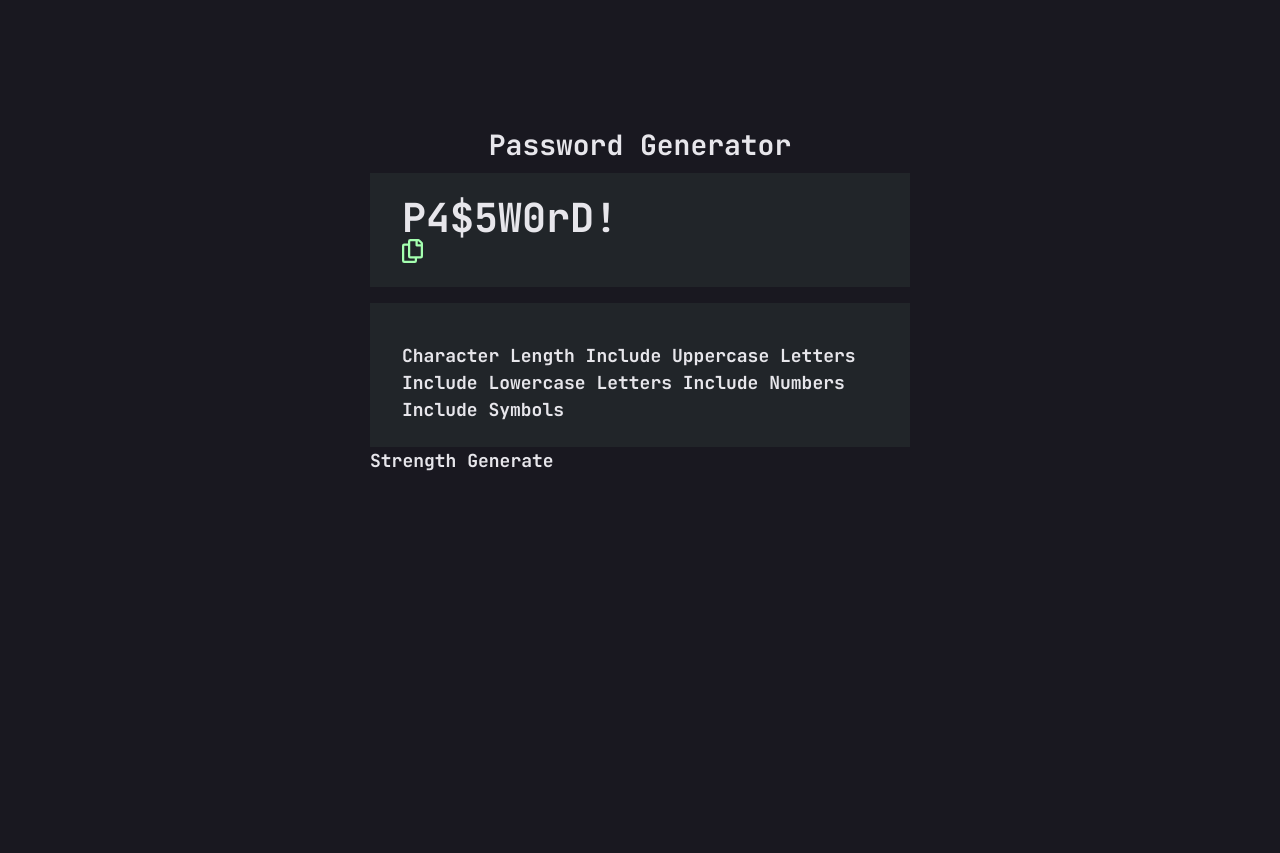
Repository: blordeus/password-generator-app
Page: starter-code/index.html
These files come from the project's save history. The page is drawn as it stood at one moment and after a run of saves; the edit follows.
The browser window is 1280 px wide. The pictures show the whole page.

Above is the page before, as saved 2023-10-05 20:06:06.

### starter-code/index.html
<!DOCTYPE html>
<html lang="en">
<head>
  <meta charset="UTF-8">
  <meta name="viewport" content="width=device-width, initial-scale=1.0">
  <link href="https://cdn.jsdelivr.net/npm/bootstrap@5.3.2/dist/css/bootstrap.min.css" rel="stylesheet" integrity="sha384-T3c6CoIi6uLrA9TneNEoa7RxnatzjcDSCmG1MXxSR1GAsXEV/Dwwykc2MPK8M2HN" crossorigin="anonymous">
  <script src="https://cdn.jsdelivr.net/npm/bootstrap@5.3.2/dist/js/bootstrap.bundle.min.js" integrity="sha384-C6RzsynM9kWDrMNeT87bh95OGNyZPhcTNXj1NW7RuBCsyN/o0jlpcV8Qyq46cDfL" crossorigin="anonymous" defer></script>
  <link rel="icon" type="image/png" sizes="32x32" href="./assets/images/favicon-32x32.png">
  <link rel="stylesheet" href="./assets/style.css">
  <link href="https://fonts.googleapis.com/css2?family=JetBrains+Mono:wght@700&display=swap" rel="stylesheet">
  <title>Frontend Mentor | Password generator app</title>
</head>
<body>
<main class="main">

    <h1 class="fs-3 title text-grey">Password Generator</h1>

    <div class="field bg-dark fs-1 flex">
      <p id="fieldText" class="fieldText text-grey">P4$5W0rD!</p>
      <div class="copy flex">
        <p id="copyMsg" class="fs-3 uppercase text-green">copied</p>
        <img id="copyIcon" src="./assets/images/icon-copy.svg" alt="">
      </div>
    </div>

    <div class="options bg-dark">
      <label for="slider" class="sliderLabel flex">Character Length <span class="sliderValue fs-1 text-green" id="sliderValue"></span></label>

      Include Uppercase Letters
      Include Lowercase Letters
      Include Numbers
      Include Symbols
    </div>
    <div>
      Strength
      Generate
    </div>
</main>

</body>
</html>

### starter-code/assets/style.css
/* ------------------- */
/* Custom properties   */
/* ------------------- */

:root {
    /* colors */
    --clr-darkGrey: 248 10% 15%;
    --clr-grey: 251 9% 53%;
    --clr-almostWhite: 252 11% 91%;
    --clr-veryDarkGrey: 248 15% 11%;
    --clr-neonGreen: 127 100% 82%;
    --clr-red: 0 91% 63%;
    --clr-orange: 13 95% 66%;
    --clr-yellow: 42 91% 68%;

    /* font-sizes */
    --fs-1: 1.5rem;
    --fs-2: 1.125rem;
    --fs-3: 1rem;
  }

  @media (min-width: 35em) {
    :root {
      --fs-1: 2rem;
      --fs-2: 1.5rem;
      --fs-3: 1.125rem;
    }
  }

  /* ------------------- */
  /* Reset               */
  /* ------------------- */

  /* https://piccalil.li/blog/a-modern-css-reset/ */

  /* Box sizing */
  *,
  *::before,
  *::after {
    box-sizing: border-box;
  }

  /* Reset margins */
  body,
  h1,
  h2,
  h3,
  h4,
  h5,
  p,
  figure,
  picture {
    margin: 0;
  }

  h1,
  h2,
  h3,
  h4,
  h5,
  h6,
  p {
    font-weight: 400;
  }

  /* set up the body */
  body {
    font-family: "JetBrains Mono", monospace;
    font-size: var(--fs-3);
    font-weight: 700;
    color: hsl(var(--clr-almostWhite));
    background-color: hsl(var(--clr-veryDarkGrey));
    min-height: 100vh;

    overflow-x: hidden;
  }

  /* make images easier to work with */
img,
picture {
  max-width: 100%;
  display: block;
}

/* make form elements easier to work with */
input,
button,
textarea,
select {
  font: inherit;
}

/* typography */

.uppercase {
    text-transform: uppercase;
  }

  .fs-1 {
    font-size: var(--fs-1);
    line-height: 2rem;
  }

  .fs-2 {
    font-size: var(--fs-2);
    line-height: 1.485rem;
  }

  .fs-3 {
    font-size: var(--fs-3);
    line-height: 1.32rem;
  }

  @media (min-width: 35em) {
    .fs-1 {
      line-height: 2.64rem;
    }

    .fs-2 {
      line-height: 1.98rem;
    }

    .fs-3 {
      line-height: 1.485rem;
    }
  }

  /*     Layout     */
/* -------------- */

.main {
    margin-top: 4rem;
    margin-inline: 1rem;
  }

  @media (min-width: 35em) {
    .main {
      max-width: 33.75rem;
      margin-top: 8.3125rem;
      margin-inline: auto;
    }
  }

  .title {
    text-align: center;
    margin-block: 0;
    margin-bottom: 1rem;
  }

  .field {
    padding: 1rem;
    justify-content: space-between;
    align-items: center;
    margin-bottom: 1rem;
  }

  @media (min-width: 35em) {
    .field {
      padding: 1.5rem 2rem;
    }
  }

  .copy {
    gap: 1rem;
    align-items: center;
  }

  #copyMsg {
    display: none;
  }

  .copyIcon:hover {
    cursor: pointer;
  }

  .copyIcon:hover .copyIconPath {
    fill: white;
  }

  .options {
    padding: 1rem;
  }

  @media (min-width: 35em) {
    .options {
      padding: 1.5rem 2rem;
    }
  }

  .sliderLabel {
    justify-content: space-between;
    align-items: center;
  }

  .slider {
    width: 100%;
    margin-top: 1rem;
    margin-bottom: 2rem;
  }

  input[type="range"] {
    -webkit-appearance: none;
    background: hsl(var(--clr-veryDarkGrey));
    accent-color: white;
    cursor: pointer;
    height: 8px;
    background-image: linear-gradient(
      hsl(var(--clr-neonGreen)),
      hsl(var(--clr-neonGreen))
    );
    background-size: 30% 100%;
    background-repeat: no-repeat;
  }

  input[type="range"]::-webkit-slider-thumb {
    height: 28px;
    width: 28px;
    background: hsl(var(--clr-almostWhite));
    -webkit-appearance: none;
    border-radius: 14px;
  }

  input[type="range"]:hover::-webkit-slider-thumb {
    background: hsl(var(--clr-veryDarkGrey));
    border: 2px solid hsl(var(--clr-neonGreen));
    -webkit-appearance: none;
  }

  .checkboxes {
    flex-direction: column;
    gap: 1rem;
    margin-bottom: 2rem;
  }

  /* Customize the label (the container) */
  .checkboxLabel {
    display: block;
    position: relative;
    padding-left: 2.5rem;
    cursor: pointer;
    -webkit-user-select: none;
    -moz-user-select: none;
    -ms-user-select: none;
    user-select: none;
  }

  /* Hide the browser's default checkbox */
  .checkboxLabel input {
    position: absolute;
    opacity: 0;
    cursor: pointer;
    height: 0;
    width: 0;
  }

  /* Create a custom checkbox */
  .checkmark {
    position: absolute;
    top: 0;
    left: 0;
    height: 20px;
    width: 20px;
    background-color: hsl(var(--clr-darkGrey));
    border: 2px solid hsl(var(--clr-almostWhite));
    display: flex;
    justify-content: center;
    align-items: center;
  }

  /* On mouse-over, add a background color */
  .checkboxLabel:hover input ~ .checkmark {
    border-color: hsl(var(--clr-neonGreen));
  }

  /* When the checkbox is checked, add a background */
  .checkboxLabel input:checked ~ .checkmark {
    background-color: hsl(var(--clr-neonGreen));
    border-color: hsl(var(--clr-neonGreen));
  }

  /* Create the checkmark/indicator (hidden when not checked) */
  .checkmark:after {
    content: "";
    position: absolute;
    display: none;
  }

  /* Show the checkmark when checked */
  .checkboxLabel input:checked ~ .checkmark:after {
    display: block;
  }

  .strength {
    background-color: hsl(var(--clr-veryDarkGrey));
    padding: 1rem;
    justify-content: space-between;
    align-items: center;
    margin-bottom: 1rem;
  }

  .strengthLvl {
    align-items: center;
  }

  .strengthLvl p {
    margin-right: 0.5rem;
  }

  .bars {
    width: 10px;
    height: 28px;
    border: 2px solid hsl(var(--clr-almostWhite));
    margin-left: 0.5rem;
  }

  .button {
    width: 100%;
    padding-top: 1.125rem;
    padding-bottom: 1.125rem;
    border: 2px solid hsl(var(--clr-neonGreen));
  }

  .button:hover {
    background-color: hsl(var(--clr-darkGrey));
    color: hsl(var(--clr-neonGreen));
    cursor: pointer;
  }

  .button svg {
    margin-left: 1rem;
  }

  .button:hover path {
    fill: hsl(var(--clr-neonGreen));
  }

  .alert {
    display: none;
    text-align: center;
    color: hsl(var(--clr-red));
  }

  /*  Level Classes */

  .tooWeak {
    background-color: hsl(var(--clr-red));
    border: 2px solid hsl(var(--clr-red));
  }

  .weak {
    background-color: hsl(var(--clr-orange));
    border: 2px solid hsl(var(--clr-orange));
  }

  .medium {
    background-color: hsl(var(--clr-yellow));
    border: 2px solid hsl(var(--clr-yellow));
  }

  .strong {
    background-color: hsl(var(--clr-neonGreen));
    border: 2px solid hsl(var(--clr-neonGreen));
  }

After the next 2 saves:
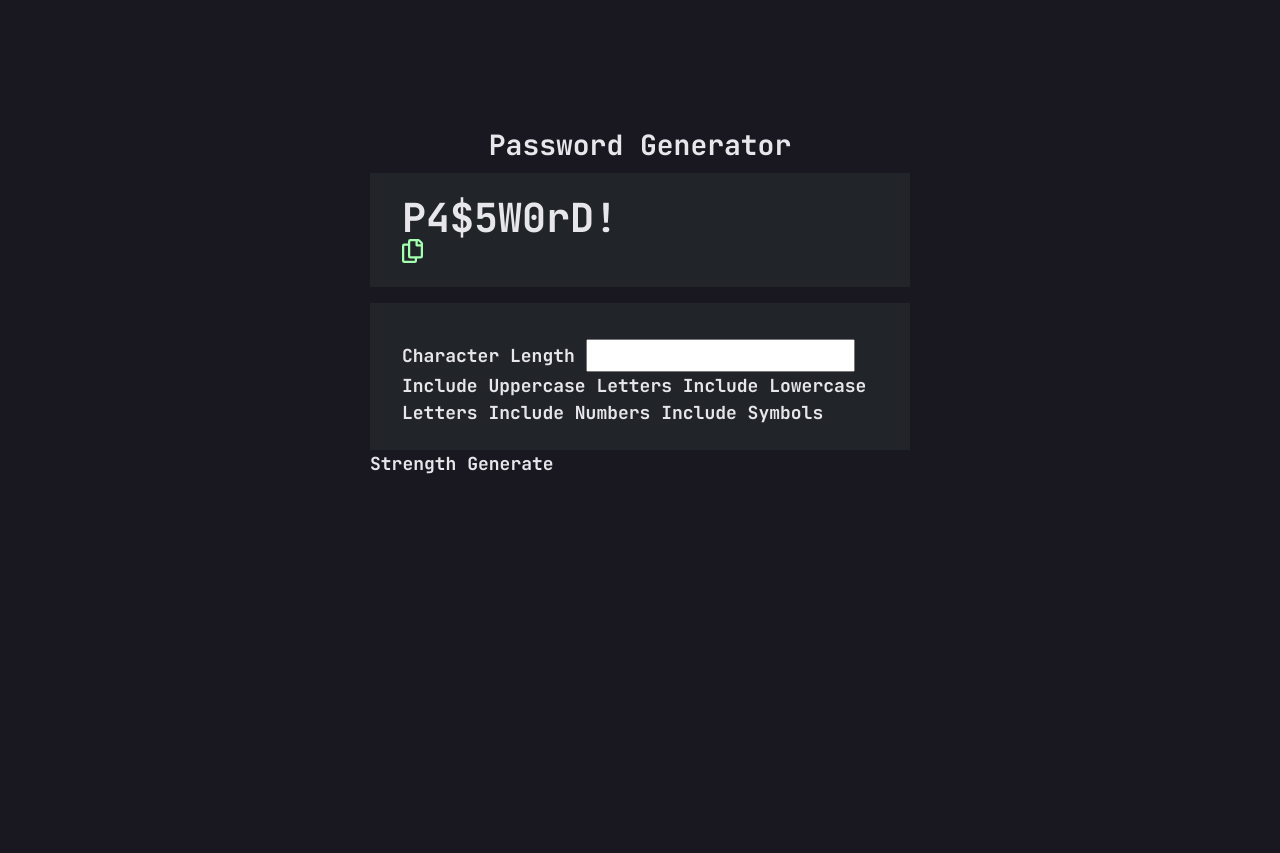
The 2 saves are shown as one change because they came seconds apart.
The last was saved 5 s later.
--- a/starter-code/index.html
+++ b/starter-code/index.html
@@ -25,7 +25,7 @@
 
     <div class="options bg-dark">
       <label for="slider" class="sliderLabel flex">Character Length <span class="sliderValue fs-1 text-green" id="sliderValue"></span></label>
-
+      <input>
       Include Uppercase Letters
       Include Lowercase Letters
       Include Numbers
